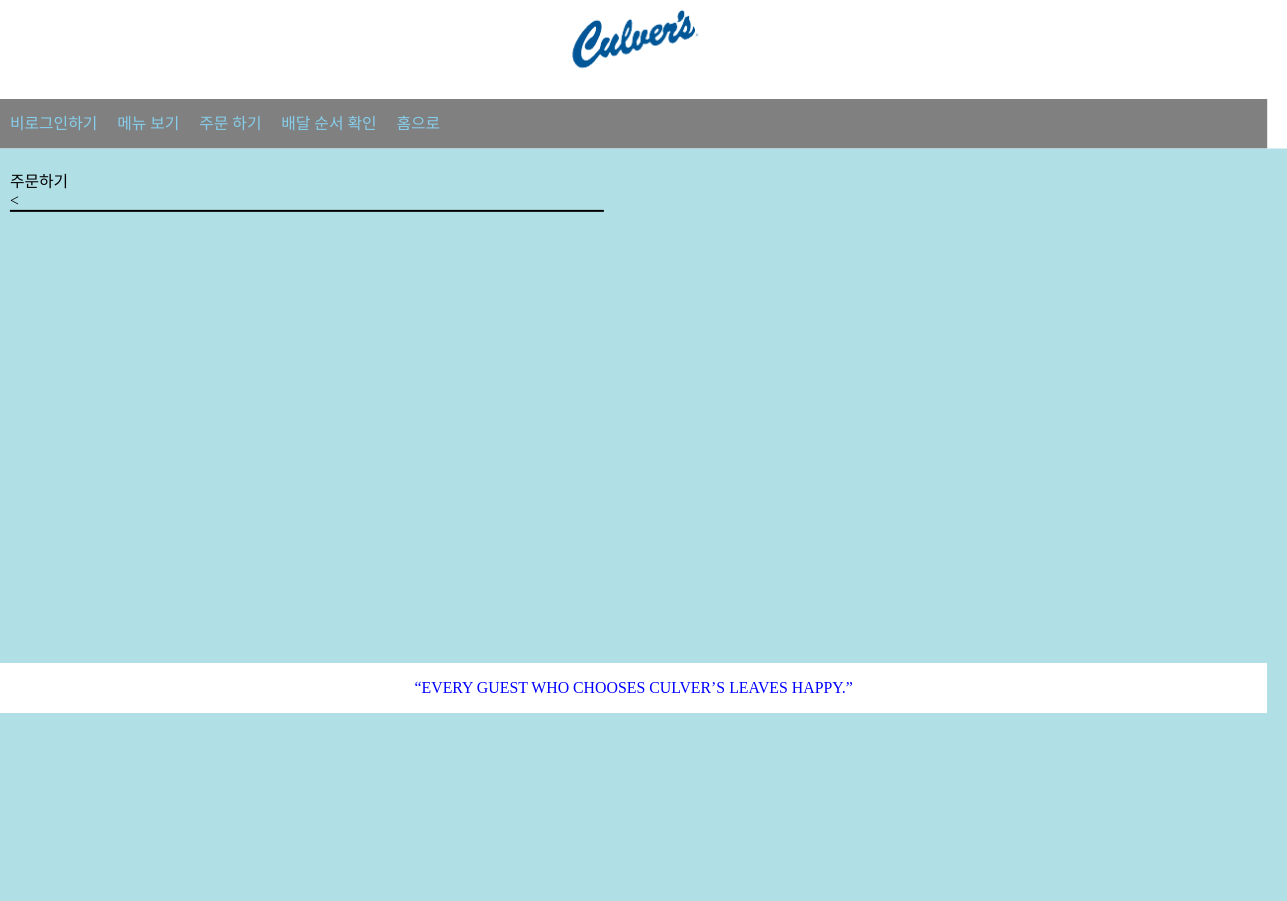
Repository: andy981217/culvers
Page: http://localhost/Culvers/order
An editor plug-in stored every save of this project. The page is shown before and after the next save, followed by the edit.
The browser window is 1280 px wide. The page is 1300 px wide, so the pictures cover 1300 px, including what lies to the right of the window. The pictures show the whole page, at 99% of full size.
The page is served by Tomcat 9.

Above is the page before, as saved 2022-12-28 06:30:50.

After the next save:
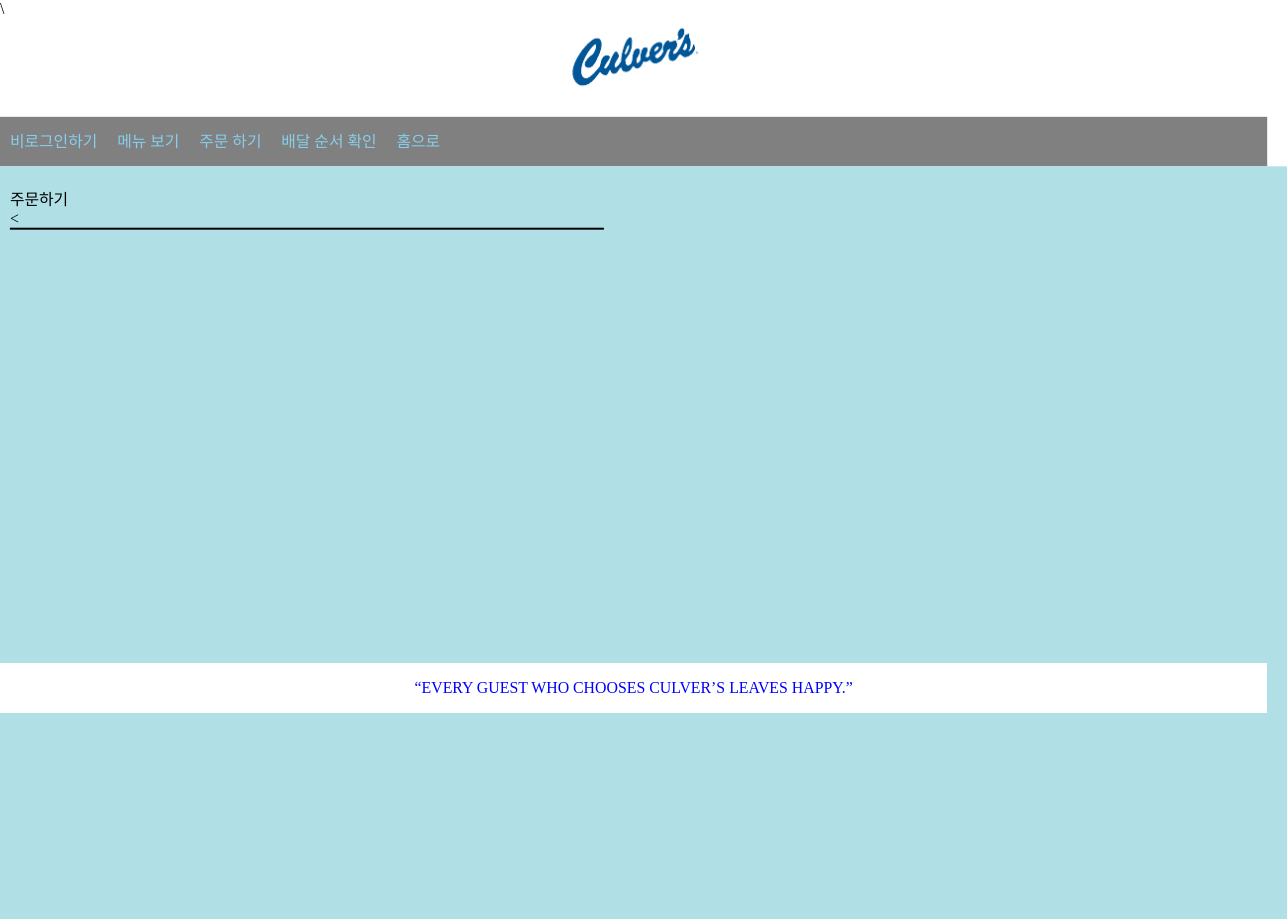
Saved 8 s later.
--- a/Culvers/src/main/webapp/order.jsp
+++ b/Culvers/src/main/webapp/order.jsp
@@ -7,7 +7,8 @@
 <html>
 <head>
 <meta charset="UTF-8">
-<title>Insert title here</title>
+<title>Insert title here</title>\
+<link rel="stylesheet" href="style.css">
 </head>
 <body>
 	<%@ include file="topmenu.jsp" %>
